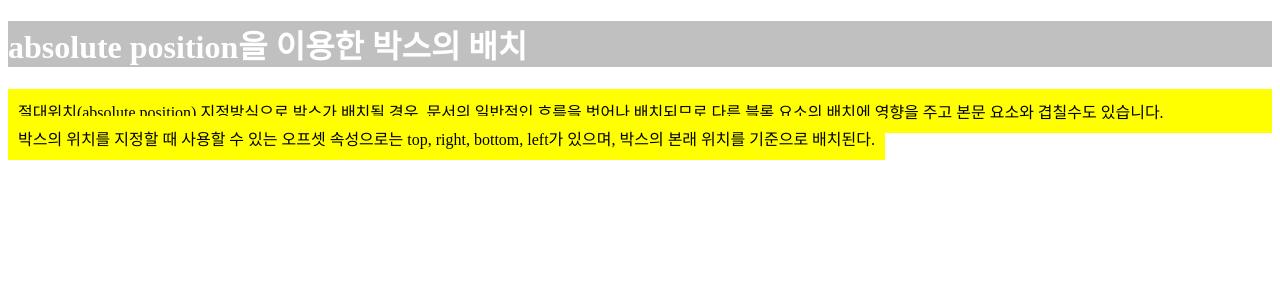
Repository: cussip/SuperHands
Page: WebExam/src/main/webapp/css/box_model/position_absolute.html
These files come from the project's save history. The page is drawn as it stood at one moment and after the next save; the edit follows.
The browser window is 1280 px wide. The pictures show the whole page.

Above is the page before, as saved 2022-02-01 01:04:20.

### WebExam/src/main/webapp/css/box_model/position_absolute.html
<!DOCTYPE html>
<html>
<head>
	<meta charset="UTF-8">
	<title>position_absolute.html</title>
	<style>
		h1 {
			background: silver;
			color: white;
		}
		p {
			background: yellow;
			padding: 10px;
		}
		.abs {
			position: absolute;
			top: 100px;

		}
	</style>
</head>
<body>
	<h1>absolute position을 이용한 박스의 배치</h1>
	<p class="abs">
		박스의 위치를 지정할 때 사용할 수 있는 오프셋 속성으로는
		top, right, bottom, left가 있으며, 박스의 본래 위치를 기준으로 배치된다.
	</p>
	<p>
		절대위치(absolute position) 지정방식으로 박스가 배치될 경우, 문서의 일반적인 흐름을
		벗어나 배치되므로 다른 블록 요소의 배치에 영향을 주고 본문 요소와 겹칠수도 있습니다.
	</p>
</body>
</html>

After the next save:
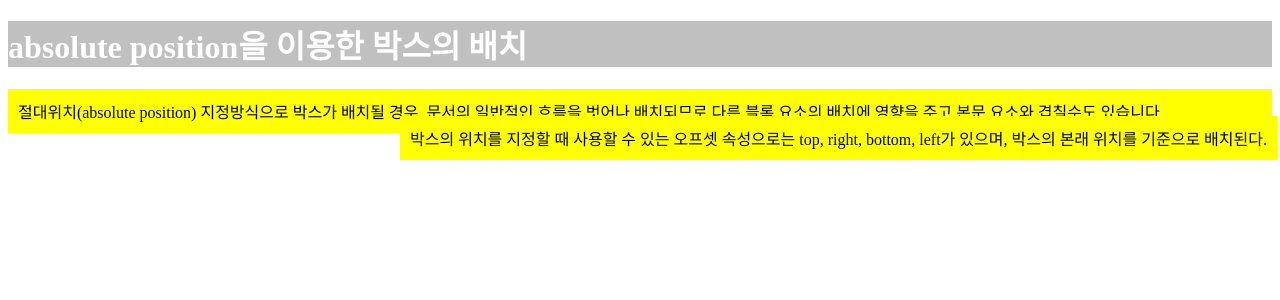
Saved 9 s later.
--- a/WebExam/src/main/webapp/css/box_model/position_absolute.html
+++ b/WebExam/src/main/webapp/css/box_model/position_absolute.html
@@ -15,7 +15,7 @@
 		.abs {
 			position: absolute;
 			top: 100px;
-
+			left: 400px;
 		}
 	</style>
 </head>
